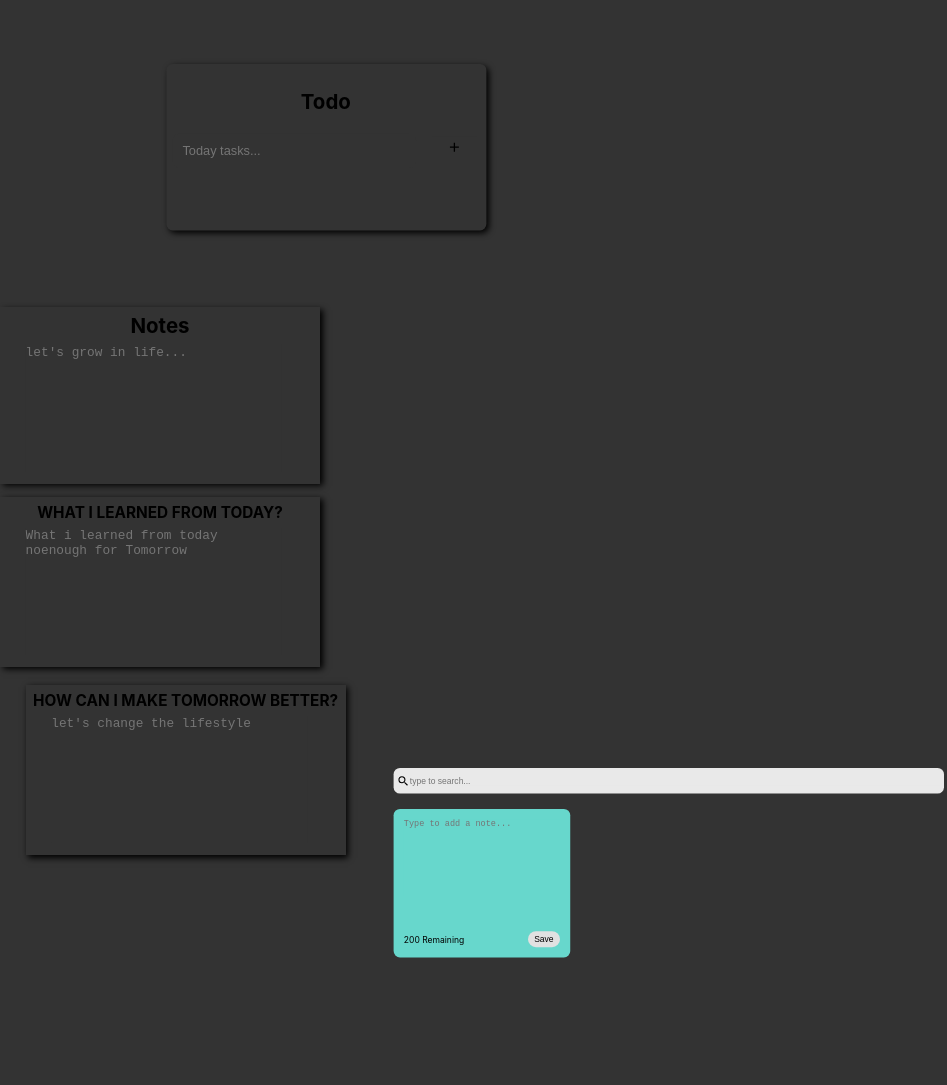
Repository: subhamRsahoo/note
Page: /
An editor plug-in stored every save of this project. The page is shown before and after the next save, followed by the edit.
The browser window is 768 px wide. The page is 1480 px wide, so the pictures cover 1480 px, including what lies to the right of the window. The pictures show the whole page, at 64% of full size.
The project was rebuilt for these pictures with package versions that can differ from the ones it lists, and the page was loaded fresh each time. Also part of the build but not shown: src/components/New folder/components/Note.js.

Above is the page before, as saved 2021-07-15 18:41:32.

After the next save:
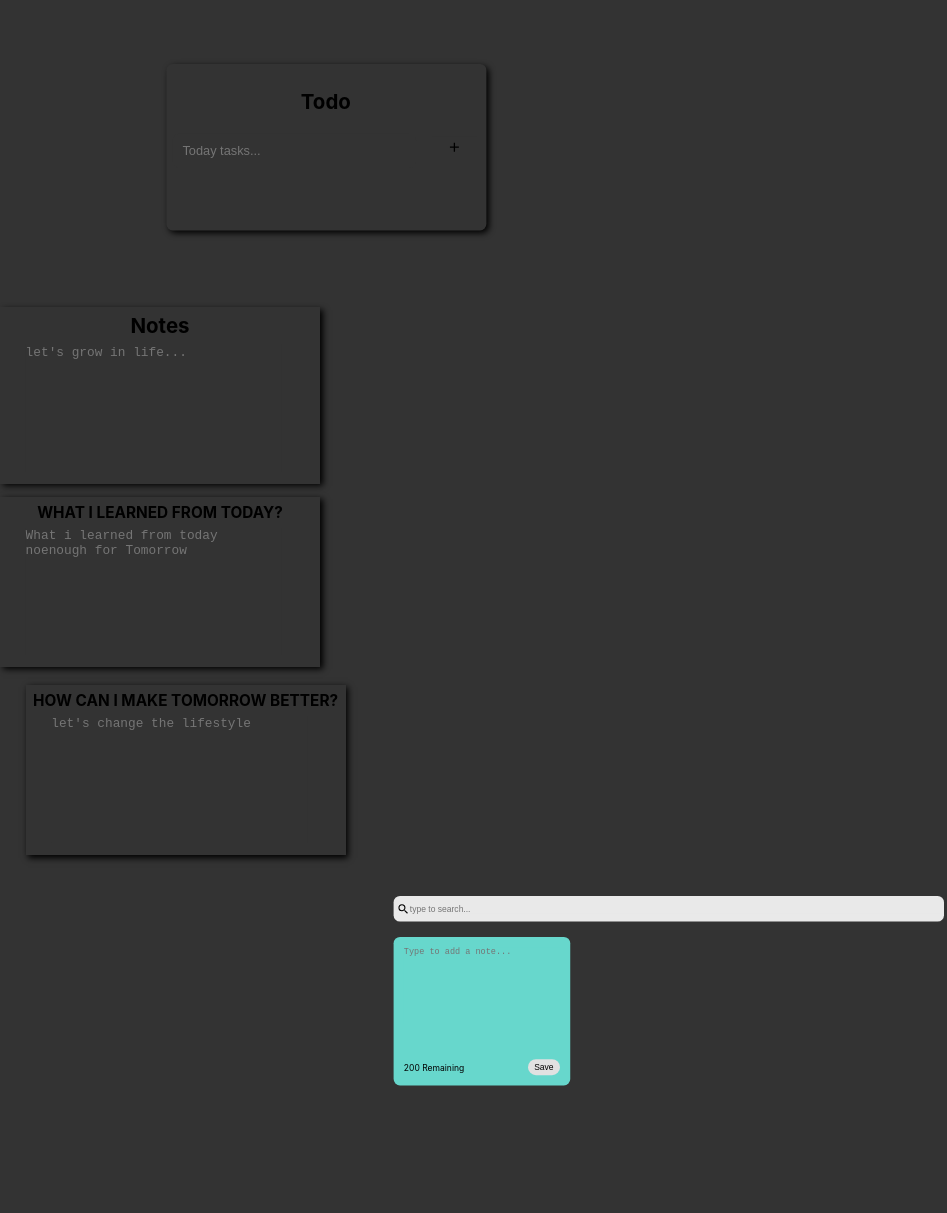
Saved 8 s later.
--- a/src/components/New folder/index.css
+++ b/src/components/New folder/index.css
@@ -129,7 +129,7 @@ textarea:focus {
 	.container1
 	{
 		position: relative;
-		top: 500px;
+		top: 700px;
 	}
 }
 
